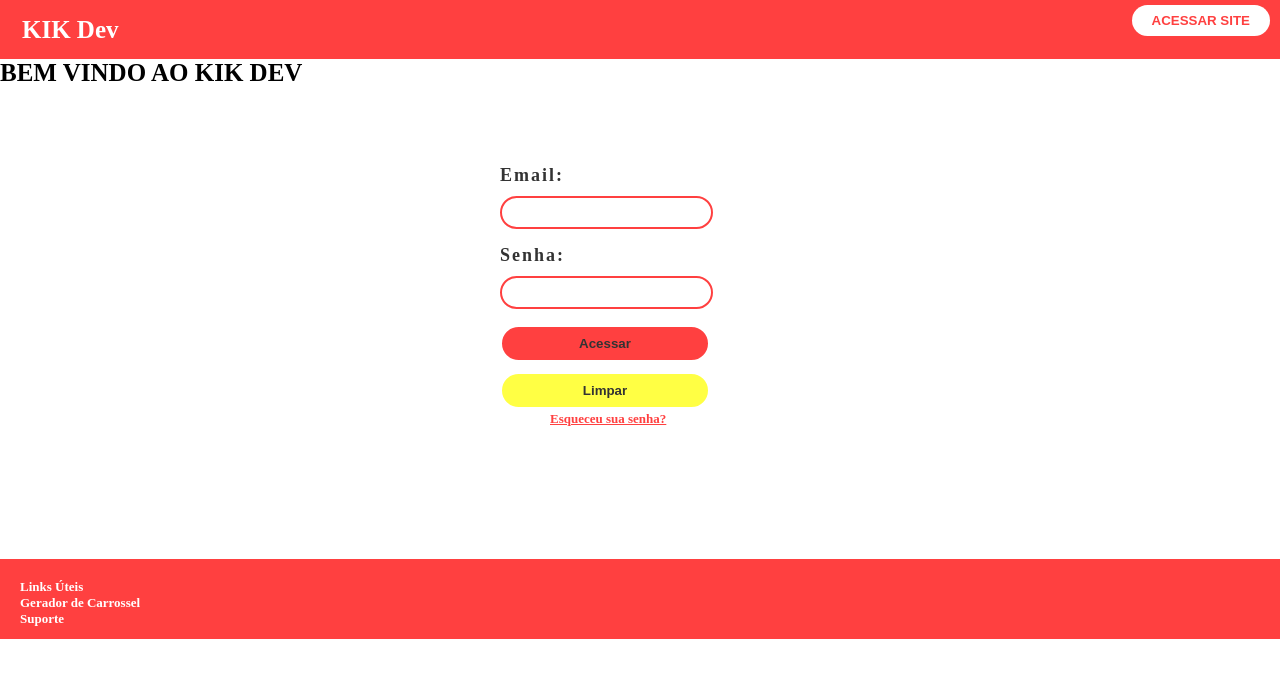
Repository: devgabrielvieira/kikdev
Page: index.html
The author's editor kept a copy of each file at every save. The page is drawn from the files as they stood at one save, then again after a run of saves.
The browser window is 1280 px wide. The pictures show the whole page.

Above is the page before, as saved 2022-10-30 20:33:04.

### index.html
<!DOCTYPE html>
<html lang="pt-br">

<head>
    <meta charset="UTF-8">
    <meta http-equiv="X-UA-Compatible" content="IE=edge">
    <meta name="viewport" content="width=device-width, initial-scale=1.0">
    <link rel="shortcut icon" href="imagens/favicon.ico" type="image/x-icon">
    <link rel="stylesheet" href="style.css">
    <link rel="stylesheet" href="style-mobile.css">
    <script src="script_processo.js"></script>
    <title>KIK Dev</title>

</head>

<body id="pag_processos" onload="dimensaoTela()">

    <div class="header-index">
        <a href="#Default" class="logo">KIK Dev</a>

        <button type="submit" name="name" class="button-right"><strong>ACESSAR SITE</strong></a></button>

    </div>
    <div class="conteudo">
        <!--abrimos a div conteúdo-->

        <h3 style='margin-bottom: -300px';>BEM VINDO AO KIK DEV</h3>

        <div class="login">
            <label for="username">Email:</label>
            <input type="text" id="username" name="username">
            <label for="pass">Senha:</label>
            <input type="password" id="pass" name="password" minlength="8" required>
            <input class="btn-acessar" type="submit" value="Acessar">
            <input class="btn-limpar" type="reset" value="Limpar">
        </div>
        <a href="recuperar-senha.html" target="_self" rel="next" class="href">Esqueceu sua senha?</a>
    </div>
    <!--aqui fechamos a div conteudo-->

    <footer class="footer">
        <strong>
            <p>Links Úteis</p>
        </strong>
        <strong>
            <p>Gerador de Carrossel</p>
        </strong>
        <strong>
            <p>Suporte</p>
        </strong>
    </footer>

</body>

</html>

### style.css
@charset "UTF-8";

* {
  margin: 0;
  padding: 0;
}

html {
  margin: 0;
  padding: 0;
}

.header {
  overflow: hidden;
  background-color: #ff4040;
  padding: 20px 10px;
}

.header a {
  float: left;
  color: #fff;
  text-align: center;
  padding: 12px;
  text-decoration: none;
  font-size: 18px;
  line-height: 25px;
  border-radius: 4px;
}

.header a.logo {
  font-size: 25px;
  font-weight: bold;
}

.header a:hover {
  background-color: #ddd;
  color: #333333;
}

.header a.active {
  background-color: #d8d7d7;
  color: #fff;
}

.header-right {
  float: right;
}

.button-right {
  float: right;
  padding: 8px 20px;
  border: #d8d7d7;
  border-radius: 50px;
  color: #ff4040;
  background-color: #fff;
}

.header-index {
  overflow: hidden;
  background-color: #ff4040;
  padding: 5px 10px;
}

.header-index a {
  float: left;
  color: #fff;
  text-align: center;
  padding: 12px;
  text-decoration: none;
  font-size: 18px;
  line-height: 25px;
  border-radius: 4px;
}

.header-index a.logo {
  font-size: 25px;
  font-weight: bold;
}

.header-index a:hover {
  background-color: #ddd;
  color: #333333;
}

.header-index a.active {
  background-color: #d8d7d7;
  color: #fff;
}

.conteudo {
  width: 100%;
  height: 450px;
  overflow: hidden;
  background-color: #fff;
}

/* .conteudo img {
    width: 100%;
    background-color: #fff;
    margin: 2px 0 0 0;
    padding: 0;
    position: relative;
    height: 15.5rem;
} */

.footer {
  width: auto;
  background-color: #ff4040;
  padding: 20px 10px;
  position: relative;
  height: 2.5rem;
  bottom: -50px;
}

p {
  font-size: 13px;
  margin: 0 0 0 10px;
  float: none;
  overflow: hidden;
  color: #fff;
}

label {
  margin: 10px 50px 0 500px;
  display: block;
  letter-spacing: 2px;
  font-size: 18px;
  color: #333333;
  margin-bottom: 3px;
  font-weight: bold;
}

input[type="submit"],
label {
  margin: 10px 50px 0 500px;
  margin-top: 1rem;
  color: #333333;
}

input {
  margin: 10px 50px 0 500px;
  caret-color: #222;
  color: #333333;
  border: 2px solid #ff4040;
  border-radius: 36px;
  padding: 7px 15px;
  text-align: center;
  font-weight: bold;
}

input:hover {
  border: 2px solid #a0a0a0;
}

.login {
  margin: 80px 0 0 0;
  width: -100%;
}

.btn-acessar {
  margin: 10px 50px 0 500px;
  background: #ff4040;
  border: 2px solid #fff;
  padding: 9px 15px;
  width: 210px;
  max-width: 100%;
}

.btn-limpar {
  margin: 10px 50px 0 500px;
  background: #ff4;
  border: 2px solid #fff;
  padding: 9px 15px;
  width: 210px;
  max-width: 100%;
}

.href {
  margin: 10px 50px 0 500px;
  padding: 19px 50px;
  font-size: 13px;
  font-weight: bold;
  color: #ff4040;
  text-align: center;
  max-width: 100%;
}

h3 {
  font-size: 25px;
  width: 100%;
  display: inline-block;
  /* margin: 5px 0 auto 450px; */
  mar
  color: #333333;
}

### style-mobile.css
@charset "UTF-8";

@media screen and (max-width: 1200px) {
  * {
    margin: 0;
    padding: 0;
  }

  html {
    margin: 0;
    padding: 0;
  }

  .header-index {
    overflow: hidden;
    background-color: #ff4040;
    padding: 10px 15px;
    height: 5.5rem;
    width: 100%;
  }

  .header a {
    float: none;
    display: block;
    text-align: left;
  }

  .header-index a {
    float: none;
    display: block;
    text-align: left;
  }

  .header-right {
    float: none;
  }

  .button-right {
    float: none;
  }

  .footer {
    float: none;
    bottom: -280px;
    overflow: hidden;
    padding: 10px 15px;
    height: 5.5rem;
    width: 100%;
  }

  /* .conteudo img {
        float: none;
        display: block;
        position: absolute;
        width: 100%;
        background-color: #fff;
        margin: 2px 0 0 0;
        height: 10rem;
    } */

  .login {
    width: 50%;
    display: inline-block;
  }

  label {
    margin-left: 50%;
    margin-bottom: 3px;
    display: block;
    letter-spacing: 2px;
    font-size: 18px;
    color: #333333;
    font-weight: bold;
  }

  input[type="submit"],
  label {
    margin-left: 50%;
    margin-top: 1rem;
    color: #333333;
  }

  input {
    margin-left: 50%;
    caret-color: #222;
    color: #333333;
    border: 2px solid #ff4040;
    border-radius: 36px;
    padding: 7px 15px;
    text-align: center;
    font-weight: bold;
  }

  input:hover {
    border: 2px solid #a0a0a0;
  }

  .href {
    margin-left: 30%;
    font-size: 13px;
    font-weight: bold;
    color: #ff4040;
    text-align: center;
    width: 100%;
    padding: 2rem;
  }

  .btn-acessar {
    margin-left: 50%;
    margin-right: 50%;
    background: #ff4040;
    border: 2px solid #fff;
    padding: 9px 15px;
    width: 210px;
    max-width: 100%;
  }

  .btn-limpar {
    margin-left: 50%;
    margin-right: 50%;
    background: #ff4;
    border: 2px solid #fff;
    padding: 9px 15px;
    width: 210px;
    max-width: 100%;
  }

  h3 {
    font-size: 25px;
    width: 100%;
    display: inline-block;
    margin-bottom: 0.5rem;
    margin-left: 15%;
    color: #333333;
  }
}

### script_processo.js
function dimensaoTela(){
    var heightTela = window.innerHeight;
    var widthTela = window.innerWidth;

    document.getElementById('pag_processos').style.minHeight = heightTela+'px';
}

After the next 3 saves:
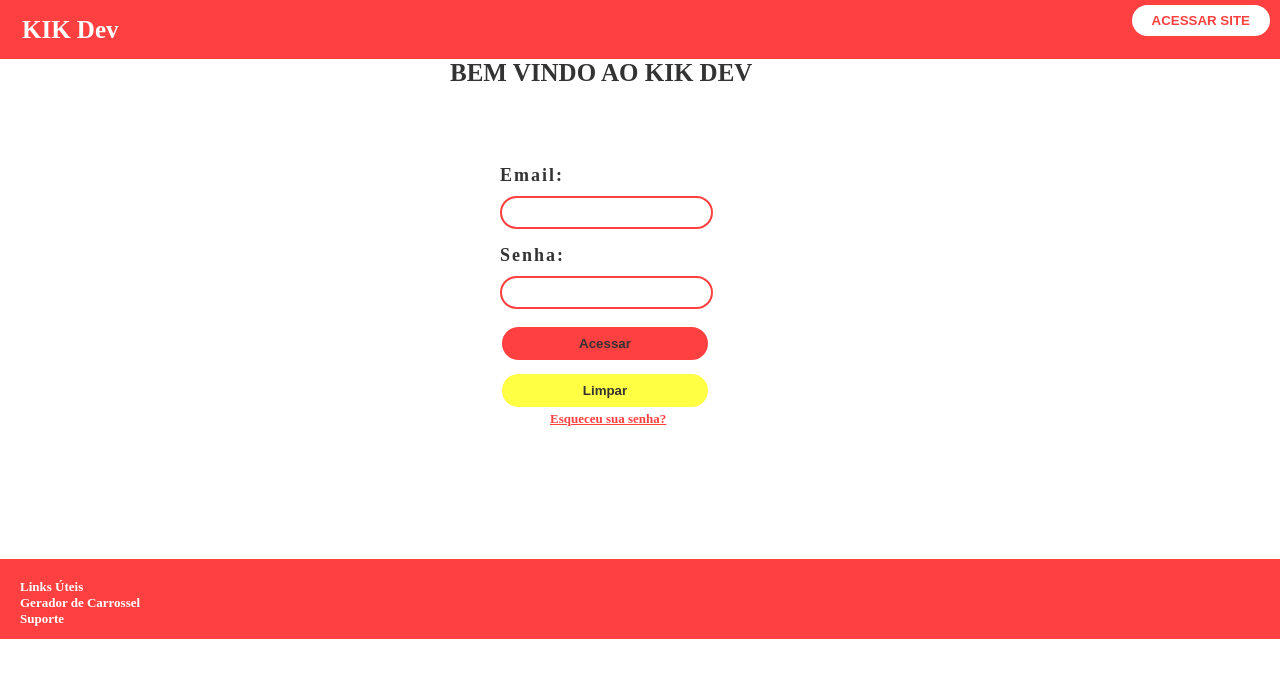
The 3 saves are shown as one change because they came seconds apart.
The last was saved 11 s later.
--- a/style.css
+++ b/style.css
@@ -190,6 +190,6 @@ h3 {
   width: 100%;
   display: inline-block;
   /* margin: 5px 0 auto 450px; */
-  mar
+  margin-left: 450px;
   color: #333333;
 }
